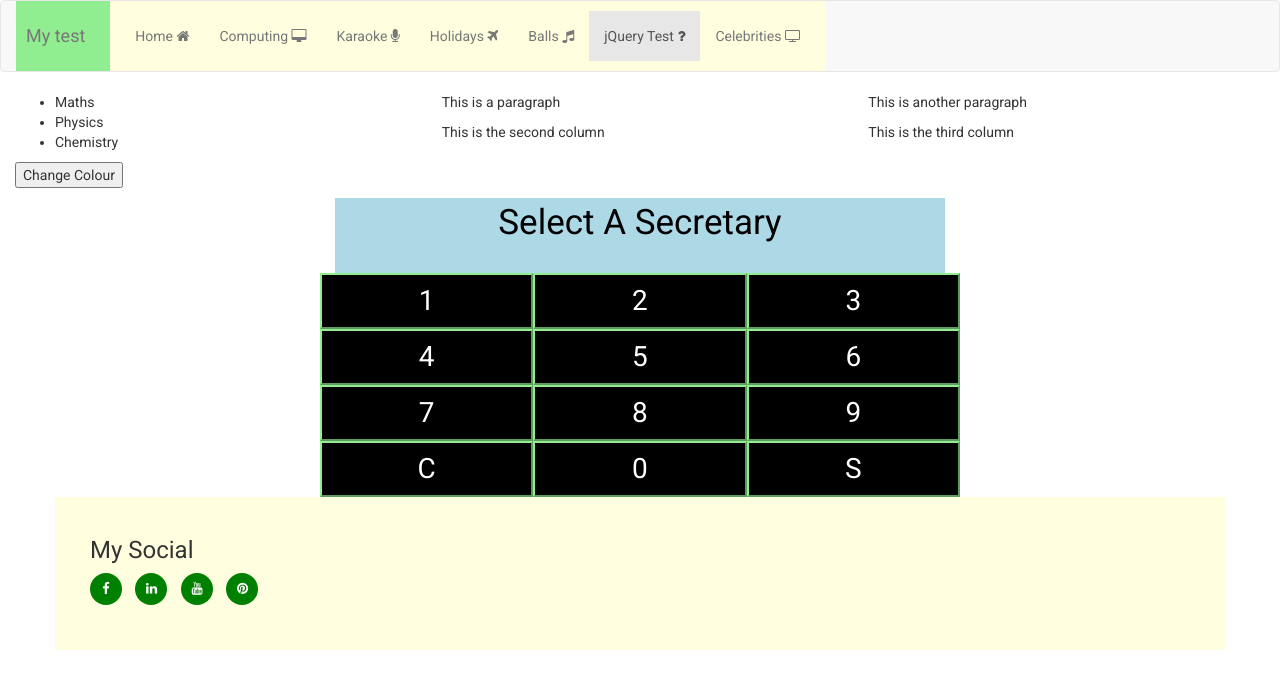
Repository: derektypist/bootstrap
Page: jquerydemo.html
The author's editor kept a record of every edit. The page is drawn from the files as they stood at one moment, then again after the next edit.
The browser window is 1280 px wide. The pictures show the whole page.
Some web libraries are served in a nearby version.

Above is the page before.

### jquerydemo.html
<!DOCTYPE html>
<html>
<head>
<meta name="viewport" content="width=device-width, initial-scale=1.0">
<title>Derek's Bootstrap Experience - Jquery Test</title>

<!-- Load Style Sheets -->

<link rel="stylesheet" href="https://maxcdn.bootstrapcdn.com/bootstrap/3.3.7/css/bootstrap.min.css">
<link rel="stylesheet" href="https://maxcdn.bootstrapcdn.com/font-awesome/4.7.0/css/font-awesome.min.css" type="text/css" />
<link rel="stylesheet" href="style.css" type="text/css">

<!-- Load Scripts -->
<script src="https://code.jquery.com/jquery-3.2.1.min.js" integrity="sha256-hwg4gsxgFZhOsEEamdOYGBf13FyQuiTwlAQgxVSNgt4=" crossorigin="anonymous"></script>
<script src="https://maxcdn.bootstrapcdn.com/bootstrap/3.3.7/js/bootstrap.min.js" integrity="sha384-Tc5IQib027qvyjSMfHjOMaLkfuWVxZxUPnCJA7l2mCWNIpG9mGCD8wGNIcPD7Txa" crossorigin="anonymous"></script>
<script>
    $(document).ready(function(){

        // Set Up Global Variables
        let iterations = 0;
        const SECRETARIES = ["Anna", "Daphne", "Debbie", "Cindy", "Gayle", "Sara", "Victoria", "Stella", "Rebecca", "Mary"];
        const DISPLAY_BACKGROUND_COLORS = ["lightblue", "lightgreen", "pink", "yellow", "wheat", "orangered", "lightgrey"];
        const MESSAGE = "Select A Secretary";
        clearDisplay();

        // Function to Clear Display
        function clearDisplay() {
            displaySecretary(MESSAGE);
        }

        // Function to Display Secretary
        function displaySecretary(name) {
            $("#display").html(`<p>${name}</p>`);
        }

        // Keypad

        // Display Daphne when 1 is Clicked
        $("#one").click(function() {
            displaySecretary(SECRETARIES[1]);
        });

        // Display Debbie when 2 is Clicked
        $("#two").click(function() {
            displaySecretary(SECRETARIES[2]);
        });

        // Display Cindy when 3 is Clicked
        $("#three").click(function() {
            displaySecretary(SECRETARIES[3]);
        });

        // Display Gayle when 4 is Clicked
        $("#four").click(function() {
            displaySecretary(SECRETARIES[4]);
        });

        // Display Sara when 5 is Clicked
        $("#five").click(function() {
            displaySecretary(SECRETARIES[5]);
        });

        // Display Victoria when 6 is Clicked
        $("#six").click(function() {
            displaySecretary(SECRETARIES[6]);
        });

        // Display Stella when 7 is Clicked
        $("#seven").click(function() {
            displaySecretary(SECRETARIES[7]);
        });

        // Display Rebecca when 8 is Clicked
        $("#eight").click(function() {
            displaySecretary(SECRETARIES[8]);
        });

        // Display Mary when 9 is Clicked
        $("#nine").click(function() {
            displaySecretary(SECRETARIES[9]);
        });

        // Display Anna when 0 is Clicked
        $("#zero").click(function() {
            displaySecretary(SECRETARIES[0]);
        });

        // Set to Initial Default when C is Clicked
        $("#clear").click(clearDisplay);

        // Change Background Color when S is Clicked
        $("#settings").click(changeDisplayBackgroundColor);

        // Function to Change the Background Color of Display
        function changeDisplayBackgroundColor() {
            iterations++;
            $("#display").css("background-color", DISPLAY_BACKGROUND_COLORS[iterations % 7]);
        }

        // List Items and Paragraphs

        $("#subjects").click(function(){
            $(".myhighlight").css("color", "orange");
        });
        $("#para-one").mouseenter(function(){
            $("#para-one").css("color", "green");
        });

        $("#para-one").mouseleave(function(){
            $("#para-one").css("color", "purple");
        });

        $("#para-two").mouseenter(function(){
            $("#para-two").css("color", "blue");
        });

         $("#para-two").mouseleave(function(){
            $("#para-two").css("color", "brown");
        });

        $("#para-three").mouseenter(function(){
            $("#para-three").css("color", "teal");
        });

        $("#para-three").mouseleave(function(){
            $("#para-three").css("color", "deepskyblue");
        });

        $("#para-four").mouseenter(function(){
            $("#para-four").css("color", "lime");
        });

        $("#para-four").mouseleave(function(){
            $("#para-four").css("color", "seagreen");
        });


    });
</script>
</head>
<body>
<nav class="navbar navbar-default">
        <div class="container-fluid">
            <!-- Logo -->
            <div class="navbar-header">
                <a href="index.html" class="navbar-brand">My test</a>
            </div>

            <!-- navbar with icons -->
            <ul class="nav navbar-nav">
                <li><a href="index.html">Home <i class="fa fa-home" aria-hidden="true"></i></a></li>
                <li><a href="computing.html">Computing <i class="fa fa-desktop" aria-hidden="true"></i></a></li>
                <li><a href="karaoke.html">Karaoke <i class="fa fa-microphone" aria-hidden="true"></i></a></li>
                <li><a href="holidays.html">Holidays <i class="fa fa-plane" aria-hidden="true"></i></a></li>
                <li><a href="balls.html">Balls <i class="fa fa-music" aria-hidden="true"></i></a></li>
                <li class="active"><a href="jquerydemo.html">jQuery Test <i class="fa fa-question" aria-hidden="true"></i></a></li>
                <li><a href="celebrities.html">Celebrities <i class="fa fa-television" aria-hidden="true"></i></a></li>
            </ul>
        </div>
    </nav>

    <!-- Section for Setting Up List Items and Paragraphs -->
    <section class="container-fluid">
        <article class="row">
            <article class="col-sm-4">
                <ul>
                <li class="myhighlight">Maths</li>
                <li>Physics</li>
                <li>Chemistry</li>
            </ul>
            <input type="button" id="subjects" value="Change Colour"/>
            </article>
            <article class="col-sm-4">
                <p id="para-one">This is a paragraph</p>
                <p id="para-two">This is the second column</p>
            </article>
            <article class="col-sm-4">
                <p id="para-three">This is another paragraph</p>
                <p id="para-four">This is the third column</p>
            </article>

        </article>

        <!-- Set Up Blank Row -->
        <article class="row"></article>

        <!-- Set Up Blank Paragraph -->
        <p></p>
       </section>

        <!-- Section for Setting Up Keypad -->
        <section class="container-fluid" id="keypad">

                <!-- Set Up Display for Keypad -->
                <article id="display"></article>

                <!-- Set Up First Row for Keypad -->
                <article class="row">
                    <button id="one" title="Select Daphne">1</button>
                    <button id="two" title="Select Debbie">2</button>
                    <button id="three" title="Select Cindy">3</button>
                </article>

                <!-- Set Up Second Row for Keypad -->
                <article class="row">
                    <button id="four" title="Select Gayle">4</button>
                    <button id="five" title="Select Sara">5</button>
                    <button id="six" title="Select Victoria">6</button>
                </article>

                <!-- Set Up Third Row for Keypad -->
                <article class="row">
                    <button id="seven" title="Select Stella">7</button>
                    <button id="eight" title="Select Rebecca">8</button>
                    <button id="nine" title="Select Mary">9</button>
                </article>

                <!-- Set Up Fourth Row for Keypad -->
                <article class="row">
                    <button id="clear" title="Clear Display">C</button>
                    <button id="zero" title="Select Anna">0</button>
                    <button id="settings" title="Change Background Color Display">S</button>
                </article>
            </article>





    </section>

     <!-- Footer -->
       <footer class="container">
           <div class="row" id="footer-details">
               <h3>My Social</h3>
               <ul class="list-inline social-links">

                    <li><a target="_blank" href="https://www.facebook.com/derek.dhammaloka/" title="Facebook"><i class="fa fa-facebook"></i></a></li>
                    <li><a target="_blank" href="https://www.linkedin.com/in/derekdhammaloka" title="LinkedIn"><i class="fa fa-linkedin"></i></a></li>
                    <li><a target="_blank" href="https://www.youtube.com/user/derekthesec" title="YouTube"><i class="fa fa-youtube"></i></a></li>
                    <li><a target="_blank" href="https://www.pinterest.co.uk/derekthesec" title="Pinterest"><i class="fa fa-pinterest"></i></a></li>
               </ul>
           </div>
       </footer>

</body>
</html>

### style.css
/* Import Font */

@import url('https://fonts.googleapis.com/css?family=Roboto');

/* Body */

body {

    font-family: "Roboto", Arial, Verdana, sans-serif;
    height: 100%;
}

/* Liked Comments */

.liked {
    background-color: lightblue;
    padding: 10px;
}

/* Jumbotron */

.jumbotron {
    background-color: pink;
}

/* List Items */

.list-items {
    color: green;
}

.list-items a {
    text-decoration: none;
    color: orange;
}

.list-items a:hover {
    text-decoration: none;
    color: purple;
}

/* Margin Styles */
.mgn-col {
    margin-left: 10px;
}

/* Navbar Styles */
.navbar-header {
    background-color: lightgreen;
    padding: 10px;
}

.navbar-nav {
    background-color: lightyellow;
    padding: 10px;
}

/* Table Styles */
th {
    background-color: lightblue;
}


/* Download PDF Styles */
.download-pdf {
    color: green;
    text-align: center;
    font-size: 18px;
    padding-left: 5px;
}

.download-pdf i:hover {
    color: orange;
    transition: all 0.35s ease-in-out;
    -moz-transition: all 0.35s ease-in-out;
    -webkit-transition: all 0.35s ease-in-out;
    -o-transition: all 0.35s ease-in-out;
}

/* Footer */
footer {
    background-color: lightyellow;
    min-height: 50px;
    margin: 0;
}

.social-links {
    padding-bottom: 15px;
}

.social-links li a i {
    width: 32px;
    height: 32px;
    padding: 12px 0px;
    border-radius: 50%;
    font-size: 13px;
    line-height: 7px;
    text-align: center;
    color: #fafafa;
    background: green;
    transition: all 0.35s ease-in-out;
    -moz-transition: all 0.35s ease-in-out;
    -webkit-transition: all 0.35s ease-in-out;
    -o-transition: all 0.35s ease-in-out;

}

.social-links li a i:hover {
    background: purple;

}

#footer-details {
    margin: 20px;
}

/* jQueryDemo - Keypad */

#keypad {
    width: 50%;
    margin: auto;
}

#display {
    height: 75px;
    font-size: 2.5em;
    background-color: lightblue;
    color: black;
    text-align: center;
}

.row button {
    background-color: black;
    color: white;
    font-size: 2em;
    height: 2em;
    float: left;
    border-color: lightgreen;
    margin-left: 0px;
    margin-right: 0px;
}

button {
    width: 33.333%;
}

After the next edit:
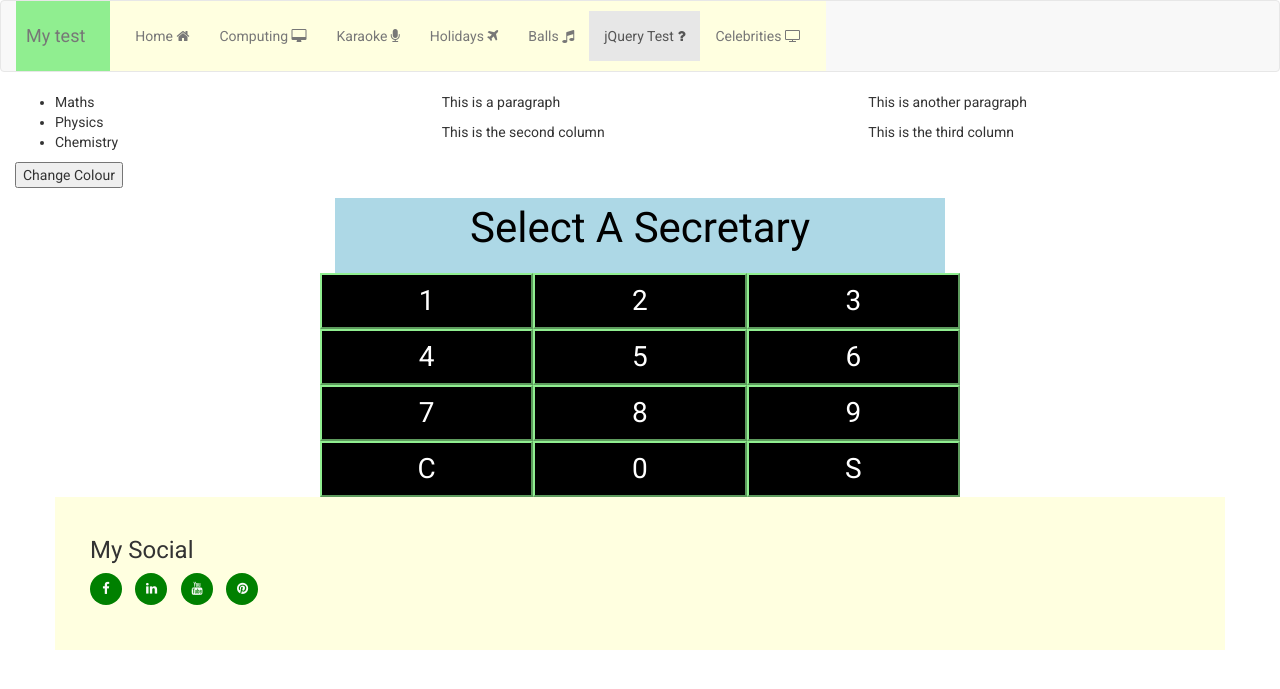
The edit:
--- a/style.css
+++ b/style.css
@@ -123,7 +123,7 @@
 
 #display {
     height: 75px;
-    font-size: 2.5em;
+    font-size: 3em;
     background-color: lightblue;
     color: black;
     text-align: center;
